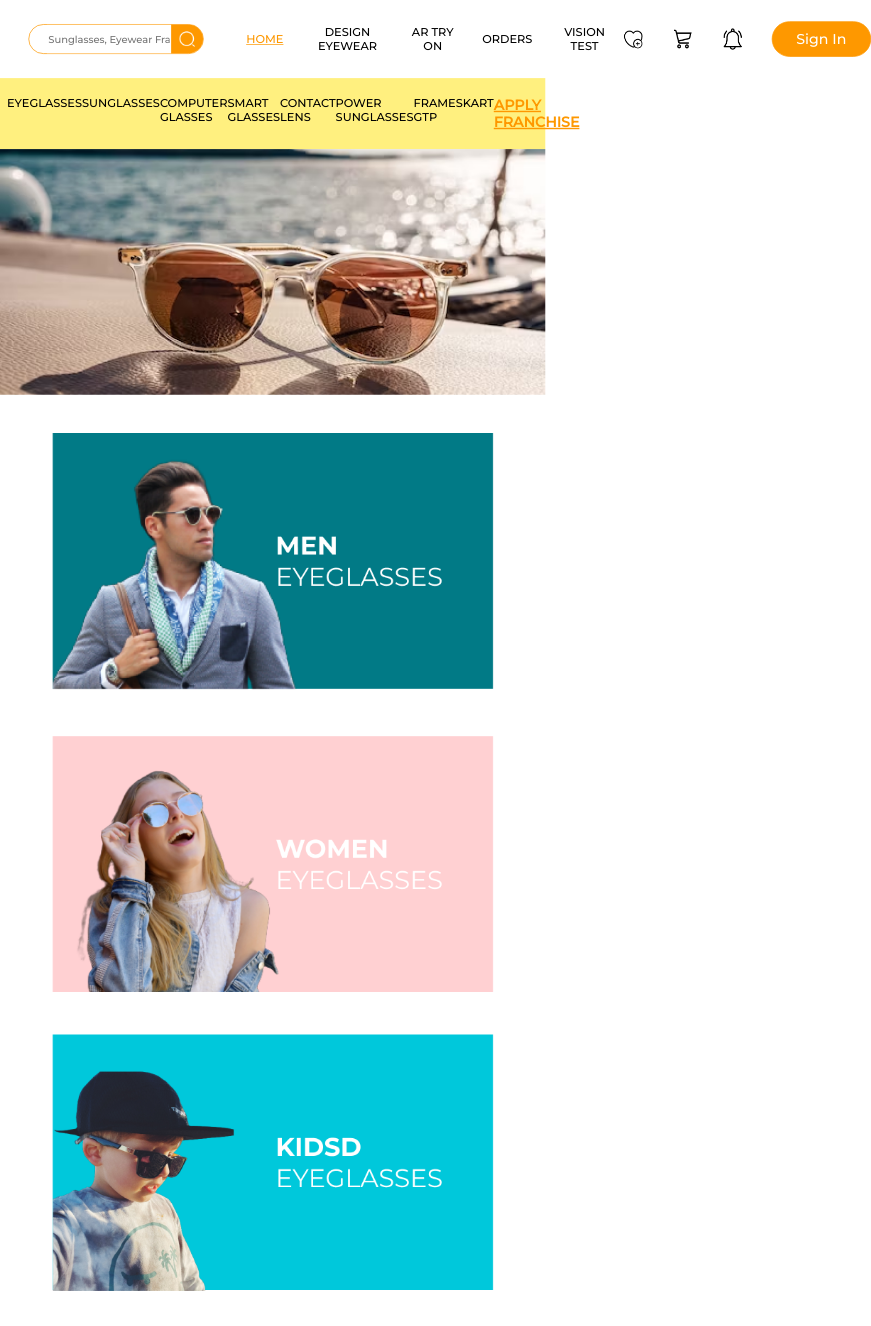
Repository: FlyweisReact/Frameskart
Page: /
These files come from the project's save history. The page is drawn as it stood at one moment and after a run of saves; the edit follows.
The browser window is 768 px wide. The page is 1227 px wide, so the pictures cover 1227 px, including what lies to the right of the window. The pictures show the whole page, at 71% of full size.
The project was rebuilt for these pictures with package versions that can differ from the ones it lists, and the page was loaded fresh each time.

Above is the page before, as saved 2023-10-21 14:45:39.

### public/index.html
<!-- @format -->

<!DOCTYPE html>
<html lang="en">
  <head>
    <meta charset="utf-8" />
    <link rel="icon" href="%PUBLIC_URL%/favicon.ico" />
    <meta name="viewport" content="width=device-width, initial-scale=1" />
    <meta name="theme-color" content="#000000" />
    <meta
      name="description"
      content="Web site created using create-react-app"
    />
    <link rel="apple-touch-icon" href="%PUBLIC_URL%/logo192.png" />
    <link rel="manifest" href="%PUBLIC_URL%/manifest.json" />
    <link rel="preconnect" href="https://fonts.googleapis.com" />
    <link rel="preconnect" href="https://fonts.gstatic.com" crossorigin />
    <link
      href="https://fonts.googleapis.com/css2?family=Montserrat:wght@500&display=swap"
      rel="stylesheet"
    />
    <title>React App</title>
  </head>
  <body>
    <noscript>You need to enable JavaScript to run this app.</noscript>
    <div id="root"></div>
  </body>
</html>

### src/App.js
/** @format */

import React from "react";
import { BrowserRouter, Route, Routes } from "react-router-dom";
import Home from "./Screen/Home";

// CSS
import './CSS/style.css'

const App = () => {
  return (
    <BrowserRouter>
      <Routes>
        <Route path="/" element={<Home />} />
      </Routes>
    </BrowserRouter>
  );
};

export default App;

### src/Screen/Home.js
/** @format */

import React from "react";
import Navbar from "../Navbar/Navbar";

const Home = () => {
  return (
    <>
      <Navbar />

      <div className="Single_Banner">
        <img src="/Image/1.png" alt="" />
      </div>

      <div className="category-banner">
        <div className="Main">
          <img src="/Image/2.png" alt="" />
        </div>
        <div className="Main">
          <img src="/Image/3.png" alt="" />
        </div>
        <div className="Main">
          <img src="/Image/4.png" alt="" />
        </div>
      </div>
    </>
  );
};

export default Home;

### src/CSS/style.css
/** @format */
/* Navbar */
.Nav {
  padding: 20px;
}
.Nav .container {
  display: flex;
  justify-content: space-between;
  gap: 20px;
  align-items: center;
}

.Nav .container .logo {
  width: 100px;
}

.Nav .container .logo img {
  width: 100%;
}
.Nav .container .mid-div {
  display: flex;
  gap: 20px;
  align-items: center;
}
.Nav .container .mid-div ul {
  display: flex;
  gap: 40px;
  align-items: center;
  list-style: none;
}
.Nav .container .mid-div ul li {
  color: #000;
  text-align: center;
  font-family: Montserrat;
  font-size: 16px;
  font-style: normal;
  font-weight: 500;
  line-height: normal;
  text-transform: uppercase;
  cursor: pointer;
}

.Nav .container .mid-div ul li.active {
  color: #fe9800;
  text-decoration: underline;
}

.Nav .container .icons {
  display: flex;
  gap: 40px;
  align-items: center;
}
.Nav .container .icons img {
  width: 30px;
  cursor: pointer;
}
.Nav .container .icons button {
  width: 140px;
  height: 50px;
  border-radius: 30px;
  background: #fe9800;
  border: 1px solid #fe9800;
  color: #fff;
  text-align: center;
  font-family: Montserrat;
  font-size: 20px;
  font-style: normal;
  line-height: normal;
  cursor: pointer;
}

.Nav .container .mid-div .search-div {
  display: flex;
  border-radius: 30px;
  border: 1px solid #fe9800;
  height: 40px;
  width: 300px;
  justify-content: flex-end;
}
.Nav .container .mid-div .search-div input {
  border: none;
  color: var(--Gray-lite, #a39999);
  text-align: center;
  font-family: Montserrat;
  font-size: 14px;
  font-style: normal;
  font-weight: 500;
  line-height: normal;
  outline: none;
  width: 70%;
  gap: 20px;
}
.Nav .container .mid-div .search-div div {
  border-radius: 0px 30px 30px 0px;
  background: #fe9800;
  width: 10%;
  display: flex;
  justify-content: center;
  align-items: center;
  padding: 10px;
}

/* Category Section */
.category-section {
  padding: 10px;
  background: rgba(255, 226, 0, 0.5);
}
.category-section ul {
  padding: 0;
  list-style: none;
  display: flex;
  justify-content: space-evenly;
}
.category-section ul li {
  color: #000;
  font-family: Montserrat;
  font-size: 16px;
  font-style: normal;
  font-weight: 500;
  line-height: normal;
  text-transform: uppercase;
  cursor: pointer;
}

.category-section ul li.apply {
  color: #fe9800;
  font-size: 20px;
  text-decoration-line: underline;
  font-weight: 700;
}

/* Banner */
.Single_Banner img {
  width: 100%;
  max-height: 550px;
  height: auto;
}

.category-banner{
    display: flex;
    justify-content: space-evenly;
    align-items: center;
    gap: 40px;
    padding: 40px;
    flex-wrap: wrap;
}
.category-banner .Main{
    width: 30%;
}
.category-banner .Main img{
    max-width: 100%;
    width: auto;
    height: auto;
    display: block;
    margin: auto;
}
@media (max-width : 768px) {
    .category-banner .Main{
        width: 100%;

    }
    .ca

}

### src/Navbar/Navbar.js
/** @format */

import React from "react";
import Category from "../Component/Category";

const Navbar = () => {
  return (
    <>
      <div className="Nav">
        <div className="container">
          <div className="logo">
            <img src="/Image/logo.png" alt="" />
          </div>

          <div className="mid-div">
            <div className="search-div">
              <input type="text" placeholder="Sunglasses, Eyewear Frames" />
              <div>
                <img src="/Image/searchIcon.png" alt="" />
              </div>
            </div>

            <ul>
              <li className="active">Home</li>
              <li>Design Eyewear</li>
              <li>AR try on</li>
              <li>orders</li>
              <li>vision test</li>
            </ul>
          </div>

          <div className="icons">
            {/* <img src='/Image/wallet.png' alt='' /> */}
            <img src="/Image/heart.png" alt="" />
            <img src="/Image/cart.png" alt="" />
            <img src="/Image/bell.png" alt="" />
            {/* <img src='/Image/user.png' alt='' /> */}
            <button>Sign In</button>
          </div>
        </div>
      </div>


      {/* Category Section */}
      <Category />
    </>
  );
};

export default Navbar;

### src/Component/Category.js
/** @format */

import React from "react";

const Category = () => {
  return (
    <div className="category-section">
      <ul>
        <li>EYEGLASSES</li>
        <li>SUNGLASSES</li>
        <li>COMPUTER GLASSES</li>
        <li>Smart Glasses</li>
        <li>CONTACT LENS</li>
        <li>POWER SUNGLASSES</li>
        <li>Frameskart GTP</li>
        <li className="apply"> Apply Franchise</li>
      </ul>
    </div>
  );
};

export default Category;

Loaded but not shown: src/index.js (common file); src/index.css (common file)

After the next 2 saves:
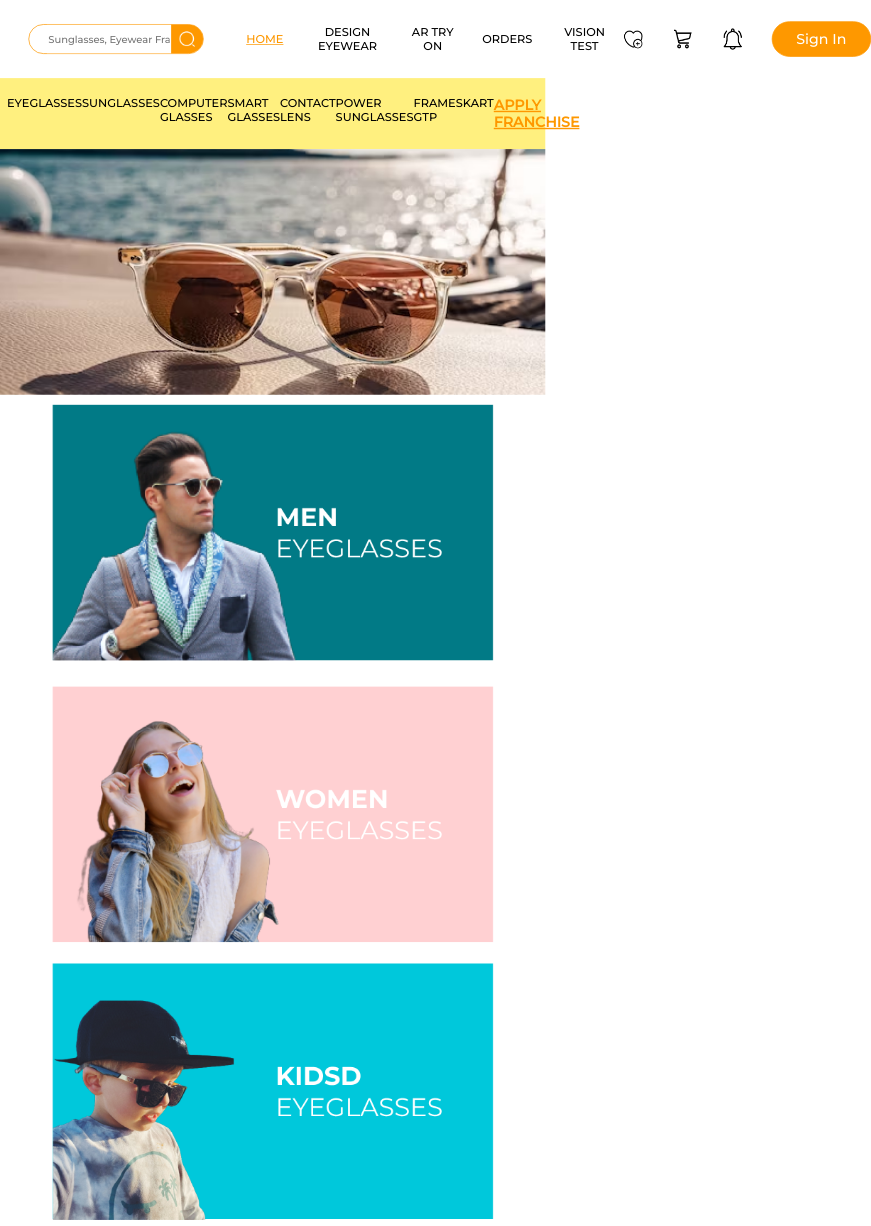
The 2 saves are shown as one change because they came seconds apart.
The last was saved 7 s later.
--- a/src/CSS/style.css
+++ b/src/CSS/style.css
@@ -136,29 +136,30 @@
   height: auto;
 }
 
-.category-banner{
-    display: flex;
-    justify-content: space-evenly;
-    align-items: center;
-    gap: 40px;
-    padding: 40px;
-    flex-wrap: wrap;
+.category-banner {
+  display: flex;
+  justify-content: space-evenly;
+  align-items: center;
+  gap: 40px;
+  padding: 40px;
+  flex-wrap: wrap;
 }
-.category-banner .Main{
-    width: 30%;
+.category-banner .Main {
+  width: 30%;
 }
-.category-banner .Main img{
-    max-width: 100%;
-    width: auto;
-    height: auto;
-    display: block;
-    margin: auto;
+.category-banner .Main img {
+  max-width: 100%;
+  width: auto;
+  height: auto;
+  display: block;
+  margin: auto;
 }
-@media (max-width : 768px) {
-    .category-banner .Main{
-        width: 100%;
-
-    }
-    .ca
-
+@media (max-width: 768px) {
+  .category-banner .Main {
+    width: 100%;
+  }
+  .category-banner {
+    padding: 0;
+    gap: 10px;
+  }
 }
